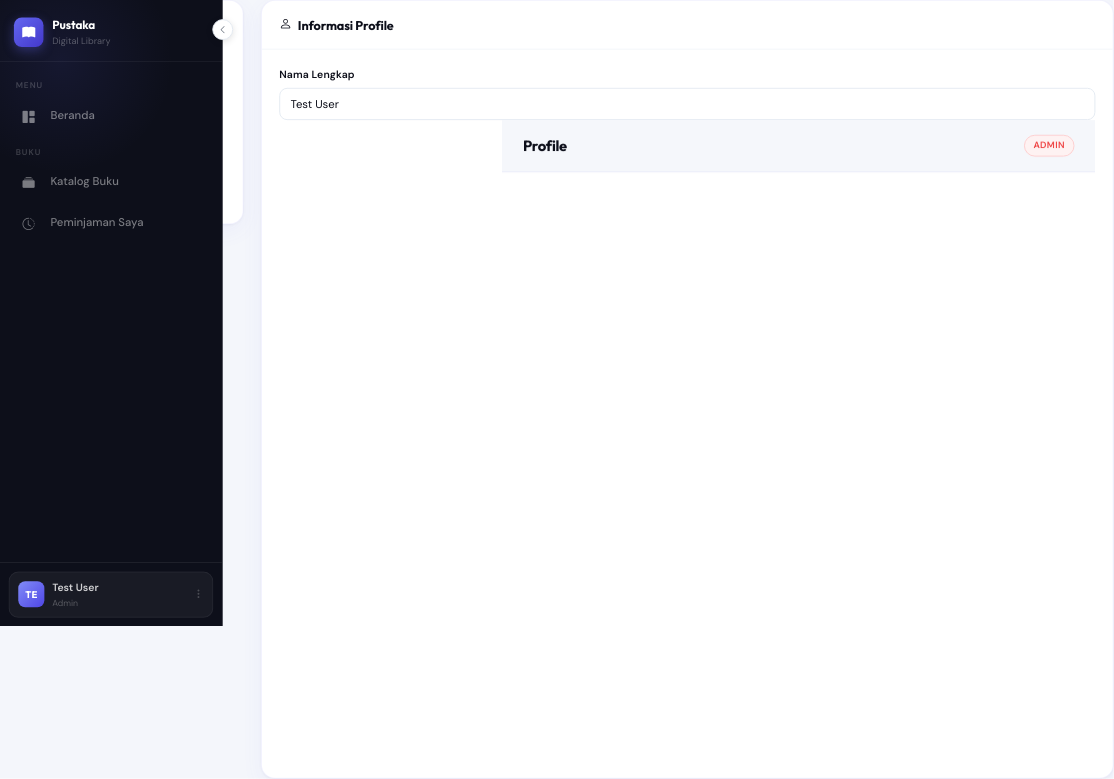
Repository: ALEX-RPL/Perpustakaan-negara
Page: http://localhost/profile
These files come from the project's save history. The page is drawn as it stood at one moment and after the next save; the edit follows.
The browser window is 1280 px wide. The pictures show the whole page, at 87% of full size.
The page is served by the project's Laravel application, run on PHP 8.4 with Laravel 12. A made-up administrator, Test User (test@example.com), is signed in. Other server files are loaded and not shown. Queries for data that is not in the repository find no rows.

Above is the page before, as saved 2026-03-11 23:43:00.

### routes/web.php
<?php

use App\Http\Controllers\AuthController;
use App\Http\Controllers\BukuController;
use App\Http\Controllers\DashboardController;
use App\Http\Controllers\LaporanController;
use App\Http\Controllers\PeminjamanController;
use App\Http\Controllers\ProfileController;
use App\Http\Controllers\UserController;
use Illuminate\Support\Facades\Route;

// ─── Public Routes ───────────────────────────────────────────────
Route::get('/', fn() => redirect()->route('login'));

// Authentication
Route::middleware('guest')->group(function () {
    Route::get('/login', [AuthController::class, 'showLogin'])->name('login');
    Route::post('/login', [AuthController::class, 'login'])->name('login.post');
    Route::get('/register', [AuthController::class, 'showRegister'])->name('register');
    Route::post('/register', [AuthController::class, 'register'])->name('register.post');
});

Route::post('/logout', [AuthController::class, 'logout'])->name('logout')->middleware('auth');

// Profile routes
Route::middleware('auth')->group(function () {
    Route::get('/profile', [ProfileController::class, 'edit'])->name('profile.edit');
    Route::put('/profile', [ProfileController::class, 'update'])->name('profile.update');
    Route::put('/profile/password', [ProfileController::class, 'updatePassword'])->name('password.update');
    Route::delete('/profile', [ProfileController::class, 'destroy'])->name('profile.destroy');
});

// ─── Administrator Routes ─────────────────────────────────────────
Route::prefix('admin')->name('admin.')->middleware(['auth', 'role:administrator'])->group(function () {

    Route::get('/dashboard', [DashboardController::class, 'admin'])->name('dashboard');

    // Manajemen Buku
    Route::resource('buku', BukuController::class);

    // Manajemen User
    Route::resource('users', UserController::class)->except(['show']);

    // Laporan
    Route::get('/laporan', [LaporanController::class, 'index'])->name('laporan.index');
    Route::post('/laporan', [LaporanController::class, 'generate'])->name('laporan.generate');

    // Peminjaman (admin juga bisa lihat & kelola)
    Route::get('/peminjaman', [PeminjamanController::class, 'index'])->name('peminjaman.index');
    Route::post('/peminjaman/{peminjaman}/approve', [PeminjamanController::class, 'approve'])->name('peminjaman.approve');
    Route::post('/peminjaman/{peminjaman}/reject', [PeminjamanController::class, 'reject'])->name('peminjaman.reject');
    Route::post('/peminjaman/{peminjaman}/kembalikan', [PeminjamanController::class, 'kembalikan'])->name('peminjaman.kembalikan');
});

// ─── Petugas Routes ───────────────────────────────────────────────
Route::prefix('petugas')->name('petugas.')->middleware(['auth', 'role:petugas'])->group(function () {

    Route::get('/dashboard', [DashboardController::class, 'petugas'])->name('dashboard');

    // Petugas: kelola peminjaman
    Route::get('/peminjaman', [PeminjamanController::class, 'index'])->name('peminjaman.index');
    Route::post('/peminjaman/{peminjaman}/approve', [PeminjamanController::class, 'approve'])->name('peminjaman.approve');
    Route::post('/peminjaman/{peminjaman}/reject', [PeminjamanController::class, 'reject'])->name('peminjaman.reject');
    Route::post('/peminjaman/{peminjaman}/kembalikan', [PeminjamanController::class, 'kembalikan'])->name('peminjaman.kembalikan');

    // Petugas: lihat & tambah data buku
    Route::get('/buku', [BukuController::class, 'index'])->name('buku.index');
    Route::get('/buku/create', [BukuController::class, 'create'])->name('buku.create');
    Route::post('/buku', [BukuController::class, 'store'])->name('buku.store');
    Route::get('/buku/{buku}', [BukuController::class, 'show'])->name('buku.show');
    Route::get('/buku/{buku}/edit', [BukuController::class, 'edit'])->name('buku.edit');
    Route::put('/buku/{buku}', [BukuController::class, 'update'])->name('buku.update');

    // Laporan (petugas bisa generate laporan)
    Route::get('/laporan', [LaporanController::class, 'index'])->name('laporan.index');
    Route::post('/laporan', [LaporanController::class, 'generate'])->name('laporan.generate');
});

// ─── Peminjam Routes ──────────────────────────────────────────────
Route::prefix('peminjam')->name('peminjam.')->middleware(['auth', 'role:peminjam'])->group(function () {

    Route::get('/dashboard', [DashboardController::class, 'peminjam'])->name('dashboard');

    // Katalog buku
    Route::get('/katalog', [BukuController::class, 'catalog'])->name('katalog');

    // Peminjaman
    Route::get('/peminjaman', [PeminjamanController::class, 'myPeminjaman'])->name('peminjaman.index');
    Route::get('/peminjaman/create/{buku}', [PeminjamanController::class, 'create'])->name('peminjaman.create');
    Route::post('/peminjaman', [PeminjamanController::class, 'store'])->name('peminjaman.store');
});

### app/Models/User.php
<?php

namespace App\Models;

use Illuminate\Database\Eloquent\Factories\HasFactory;
use Illuminate\Foundation\Auth\User as Authenticatable;
use Illuminate\Notifications\Notifiable;

class User extends Authenticatable
{
    use HasFactory, Notifiable;

    protected $fillable = [
        'name', 'email', 'password', 'role',
        'no_telepon', 'alamat', 'is_active',
    ];

    protected $hidden = ['password', 'remember_token'];

    protected $casts = [
        'email_verified_at' => 'datetime',
        'password' => 'hashed',
        'is_active' => 'boolean',
    ];

    // Relationships
    public function peminjaman()
    {
        return $this->hasMany(Peminjaman::class);
    }

    public function bukuDibuat()
    {
        return $this->hasMany(Buku::class, 'created_by');
    }

    // Role Helpers
    public function isAdministrator(): bool
    {
        return $this->role === 'administrator';
    }

    public function isPetugas(): bool
    {
        return $this->role === 'petugas';
    }

    public function isPeminjam(): bool
    {
        return $this->role === 'peminjam';
    }

    public function isStaff(): bool
    {
        return in_array($this->role, ['administrator', 'petugas']);
    }
}

### app/Http/Controllers/ProfileController.php
<?php

namespace App\Http\Controllers;

use App\Http\Requests\ProfileUpdateRequest;
use Illuminate\Http\RedirectResponse;
use Illuminate\Http\Request;
use Illuminate\Support\Facades\Auth;
use Illuminate\Support\Facades\Redirect;
use Illuminate\Support\Facades\Hash;
use Illuminate\View\View;
use Illuminate\Support\Facades\Storage;

class ProfileController extends Controller
{
    /**
     * Display the user's profile form.
     */
    public function edit(Request $request): View
    {
        return view('profile.edit', [
            'user' => $request->user(),
        ]);
    }

    /**
     * Update the user's profile information.
     */
    public function update(ProfileUpdateRequest $request): RedirectResponse
    {
        $request->user()->fill($request->validated());

        // Logic CV
        if ($request->hasFile('file_cv')) {
            // Hapus lama jika ada
            if ($request->user()->file_cv) {
                Storage::disk('public')->delete($request->user()->file_cv);
            }
            // Simpan baru
            $path = $request->file('file_cv')->store('cv_files', 'public');
            $request->user()->file_cv = $path;
        }

        // Logic Foto (Optional, mirip logic CV)
        if ($request->hasFile('foto')) {
            if ($request->user()->foto) Storage::disk('public')->delete($request->user()->foto);
            $path = $request->file('foto')->store('fotos', 'public');
            $request->user()->foto = $path;
        }

        $request->user()->save();
        return Redirect::route('profile.edit')->with('status', 'profile-updated');
    }

    /**
     * Update the user's password.
     */
    public function updatePassword(Request $request): RedirectResponse
    {
        $validated = $request->validate([
            'current_password' => ['required', 'current_password'],
            'password' => ['required', 'confirmed', 'min:8'],
        ]);

        $request->user()->update([
            'password' => Hash::make($validated['password']),
        ]);

        return Redirect::route('profile.edit')->with('status', 'password-updated');
    }

    /**
     * Delete the user's account.
     */
    public function destroy(Request $request): RedirectResponse
    {
        $request->validateWithBag('userDeletion', [
            'password' => ['required', 'current_password'],
        ]);

        $user = $request->user();

        Auth::logout();

        $user->delete();

        $request->session()->invalidate();
        $request->session()->regenerateToken();

        return Redirect::to('/');
    }
}

### resources/views/profile/edit.blade.php
@extends('layouts.app')
@section('page-title', 'Profile')

@section('content')
<div class="grid" style="grid-template-columns: 280px 1fr; gap: 20px;">
    <!-- Profile Card -->
    <div class="card" style="height: fit-content;">
        <div class="card-body" style="text-align: center; padding: 30px 20px;">
            <div style="width: 90px; height: 90px; border-radius: 50%; background: linear-gradient(135deg, var(--brand-400), var(--brand-600)); display: flex; align-items: center; justify-content: center; margin: 0 auto 16px; color: #fff; font-size: 28px; font-weight: 700; font-family: 'Outfit', sans-serif;">
                {{ strtoupper(substr(Auth::user()->name, 0, 2)) }}
            </div>
            <h3 style="font-family: 'Outfit', sans-serif; font-size: 18px; font-weight: 700; margin-bottom: 4px;">{{ Auth::user()->name }}</h3>
            <p style="color: var(--text-3); font-size: 13px; margin-bottom: 12px;">{{ Auth::user()->email }}</p>
            <span class="role-tag rt-{{ Auth::user()->role }}" style="display: inline-block;">{{ ucfirst(Auth::user()->role) }}</span>
        </div>
    </div>

    <!-- Forms -->
    <div style="display: flex; flex-direction: column; gap: 20px;">
        <!-- Update Profile -->
        <div class="card">
            <div class="card-header">
                <h4 class="card-title"><i class="bi bi-person"></i> Informasi Profile</h4>
            </div>
            <div class="card-body">
                <form method="POST" action="{{ route('profile.update') }}">
                    @csrf
                    @method('patch')

                    <div class="fg">
                        <label class="lbl">Nama Lengkap</label>
                        <input type="text" name="name" class="input" value="{{ old('name', Auth::user()->name) }}" required>

### resources/views/layouts/partials/nav-peminjam.blade.php
<div class="sb-section">Menu</div>
<div class="sb-item">
    <a href="{{ route('peminjam.dashboard') }}" class="sb-link {{ request()->routeIs('peminjam.dashboard') ? 'active' : '' }}">
        <div class="sb-link-icon"><i class="bi bi-grid-1x2-fill"></i></div>
        <span class="sb-link-txt">Beranda</span>
    </a>
</div>
<div class="sb-section">Buku</div>
<div class="sb-item">
    <a href="{{ route('peminjam.katalog') }}" class="sb-link {{ request()->routeIs('peminjam.katalog') ? 'active' : '' }}">
        <div class="sb-link-icon"><i class="bi bi-collection-fill"></i></div>
        <span class="sb-link-txt">Katalog Buku</span>
    </a>
</div>
<div class="sb-item">
    <a href="{{ route('peminjam.peminjaman.index') }}" class="sb-link {{ request()->routeIs('peminjam.peminjaman.*') ? 'active' : '' }}">
        <div class="sb-link-icon"><i class="bi bi-clock-history"></i></div>
        <span class="sb-link-txt">Peminjaman Saya</span>
        @php $aktif = \App\Models\Peminjaman::where('user_id',auth()->id())->whereIn('status',['menunggu','dipinjam'])->count(); @endphp
        @if($aktif > 0) <span class="sb-badge">{{ $aktif }}</span> @endif
    </a>
</div>

### app/Models/Peminjaman.php
<?php

namespace App\Models;

use Illuminate\Database\Eloquent\Factories\HasFactory;
use Illuminate\Database\Eloquent\Model;
use Carbon\Carbon;

class Peminjaman extends Model
{
    use HasFactory;

    protected $table = 'peminjaman';

    protected $fillable = [
        'kode_peminjaman', 'user_id', 'buku_id',
        'tanggal_pinjam', 'tanggal_kembali_rencana',
        'tanggal_kembali_aktual', 'status', 'denda',
        'catatan', 'approved_by',
    ];

    protected $casts = [
        'tanggal_pinjam' => 'date',
        'tanggal_kembali_rencana' => 'date',
        'tanggal_kembali_aktual' => 'date',
    ];

    // Relationships
    public function user()
    {
        return $this->belongsTo(User::class);
    }

    public function buku()
    {
        return $this->belongsTo(Buku::class);
    }

    public function approvedBy()
    {
        return $this->belongsTo(User::class, 'approved_by');
    }

    // Helpers
    public function isOverdue(): bool
    {
        return $this->status === 'dipinjam' &&
               Carbon::now()->greaterThan($this->tanggal_kembali_rencana);
    }

    public function hitungDenda(): int
    {
        if (!$this->isOverdue()) return 0;
        $hariTerlambat = Carbon::now()->diffInDays($this->tanggal_kembali_rencana);
        return $hariTerlambat * 1000; // Rp 1.000/hari
    }

    public static function generateKode(): string
    {
        $last = static::latest()->first();
        $number = $last ? (intval(substr($last->kode_peminjaman, 3)) + 1) : 1;
        return 'PMJ' . str_pad($number, 6, '0', STR_PAD_LEFT);
    }

    public function getStatusBadgeAttribute(): string
    {
        return match($this->status) {
            'menunggu'    => 'warning',
            'dipinjam'    => 'primary',
            'dikembalikan'=> 'success',
            'terlambat'   => 'danger',
            'ditolak'     => 'secondary',
            default       => 'light',
        };
    }
}

Loaded but not shown: app/Http/Controllers/Controller.php (common file); resources/views/layouts/app.blade.php (487 lines, source omitted)

After the next save:
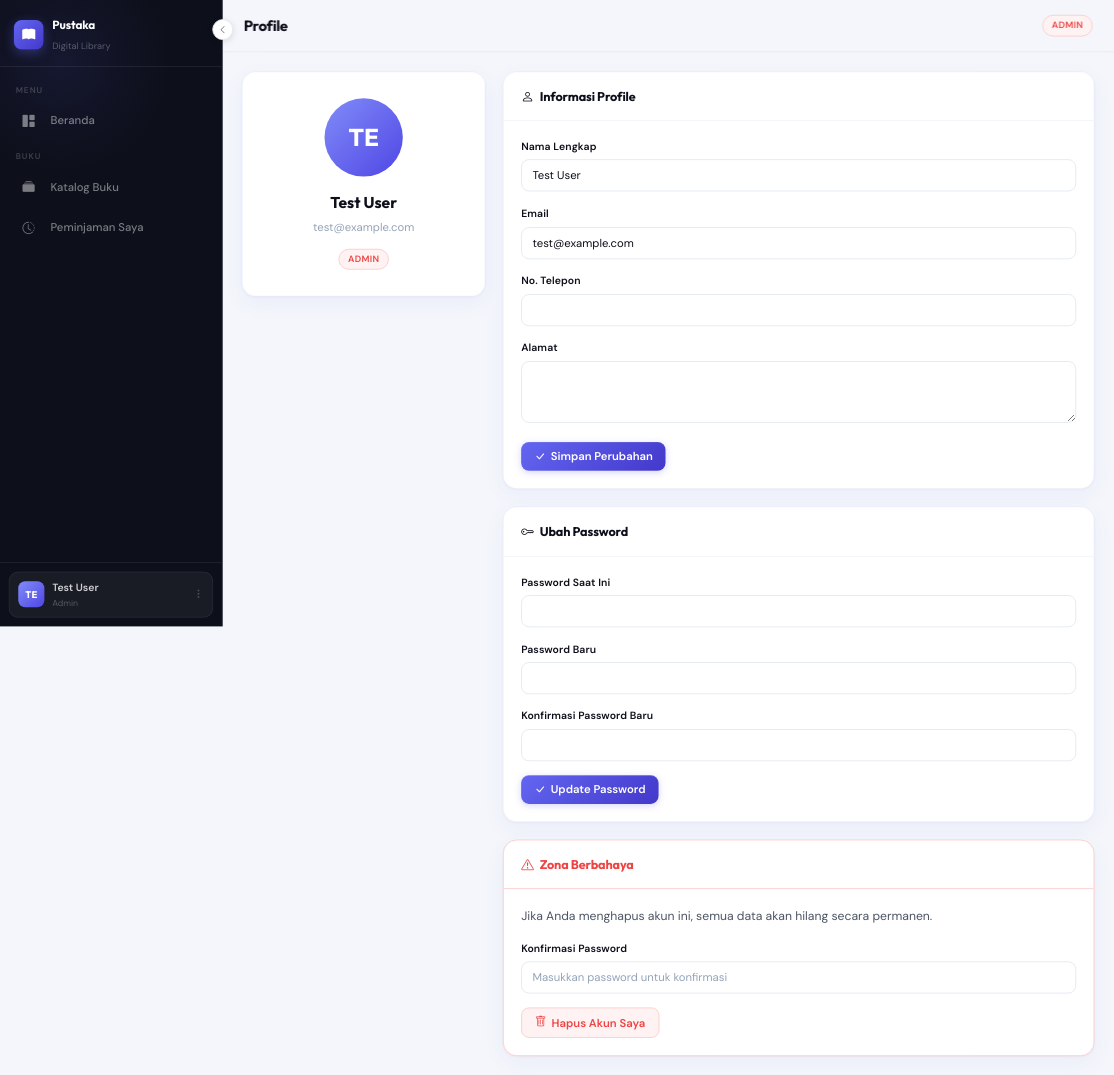
Saved 10 s later.
--- a/resources/views/profile/edit.blade.php
+++ b/resources/views/profile/edit.blade.php
@@ -30,3 +30,85 @@
                     <div class="fg">
                         <label class="lbl">Nama Lengkap</label>
                         <input type="text" name="name" class="input" value="{{ old('name', Auth::user()->name) }}" required>
+                        @error('name') <p class="err">{{ $message }}</p> @enderror
+                    </div>
+
+                    <div class="fg">
+                        <label class="lbl">Email</label>
+                        <input type="email" name="email" class="input" value="{{ old('email', Auth::user()->email) }}" required>
+                        @error('email') <p class="err">{{ $message }}</p> @enderror
+                    </div>
+
+                    <div class="fg">
+                        <label class="lbl">No. Telepon</label>
+                        <input type="text" name="no_telepon" class="input" value="{{ old('no_telepon', Auth::user()->no_telepon) }}">
+                        @error('no_telepon') <p class="err">{{ $message }}</p> @enderror
+                    </div>
+
+                    <div class="fg">
+                        <label class="lbl">Alamat</label>
+                        <textarea name="alamat" class="textarea" rows="3">{{ old('alamat', Auth::user()->alamat) }}</textarea>
+                        @error('alamat') <p class="err">{{ $message }}</p> @enderror
+                    </div>
+
+                    <button type="submit" class="btn btn-primary"><i class="bi bi-check-lg"></i> Simpan Perubahan</button>
+                </form>
+            </div>
+        </div>
+
+        <!-- Update Password -->
+        <div class="card">
+            <div class="card-header">
+                <h4 class="card-title"><i class="bi bi-key"></i> Ubah Password</h4>
+            </div>
+            <div class="card-body">
+                <form method="POST" action="{{ route('password.update') }}">
+                    @csrf
+                    @method('put')
+
+                    <div class="fg">
+                        <label class="lbl">Password Saat Ini</label>
+                        <input type="password" name="current_password" class="input" required>
+                        @error('current_password') <p class="err">{{ $message }}</p> @enderror
+                    </div>
+
+                    <div class="fg">
+                        <label class="lbl">Password Baru</label>
+                        <input type="password" name="password" class="input" required>
+                        @error('password') <p class="err">{{ $message }}</p> @enderror
+                    </div>
+
+                    <div class="fg">
+                        <label class="lbl">Konfirmasi Password Baru</label>
+                        <input type="password" name="password_confirmation" class="input" required>
+                    </div>
+
+                    <button type="submit" class="btn btn-primary"><i class="bi bi-check-lg"></i> Update Password</button>
+                </form>
+            </div>
+        </div>
+
+        <!-- Danger Zone -->
+        <div class="card" style="border-color: var(--red-b);">
+            <div class="card-header" style="border-color: var(--red-b);">
+                <h4 class="card-title" style="color: var(--red);"><i class="bi bi-exclamation-triangle"></i> Zona Berbahaya</h4>
+            </div>
+            <div class="card-body">
+                <p style="margin-bottom: 16px; color: var(--text-2);">Jika Anda menghapus akun ini, semua data akan hilang secara permanen.</p>
+                <form method="POST" action="{{ route('profile.destroy') }}" onsubmit="return confirm('Apakah Anda yakin ingin menghapus akun ini? Tindakan ini tidak dapat dibatalkan.')">
+                    @csrf
+                    @method('delete')
+
+                    <div class="fg">
+                        <label class="lbl">Konfirmasi Password</label>
+                        <input type="password" name="password" class="input" placeholder="Masukkan password untuk konfirmasi" required>
+                        @error('password', 'userDeletion') <p class="err">{{ $message }}</p> @enderror
+                    </div>
+
+                    <button type="submit" class="btn btn-red"><i class="bi bi-trash"></i> Hapus Akun Saya</button>
+                </form>
+            </div>
+        </div>
+    </div>
+</div>
+@endsection
